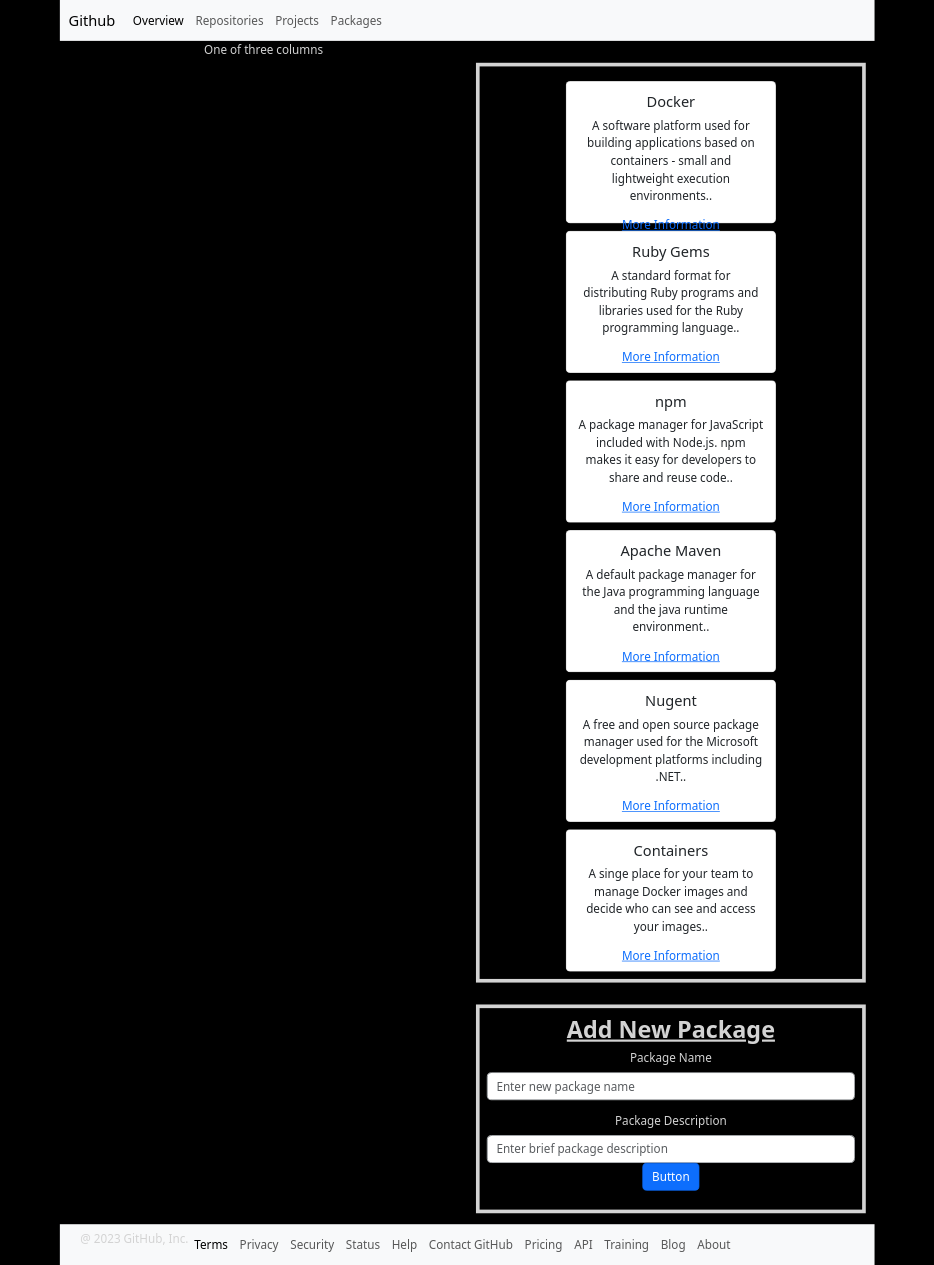
Repository: nss-evening-cohort-E23/gitsub-pull-request-posse
Page: packages.html
The author's editor kept a copy of each file at every save. The page is drawn from the files as they stood at one save, then again after a run of saves.
The browser window is 1280 px wide. The pictures show the whole page, at 73% of full size.

Above is the page before, as saved 2023-05-09 18:23:58.

After the next 4 saves:
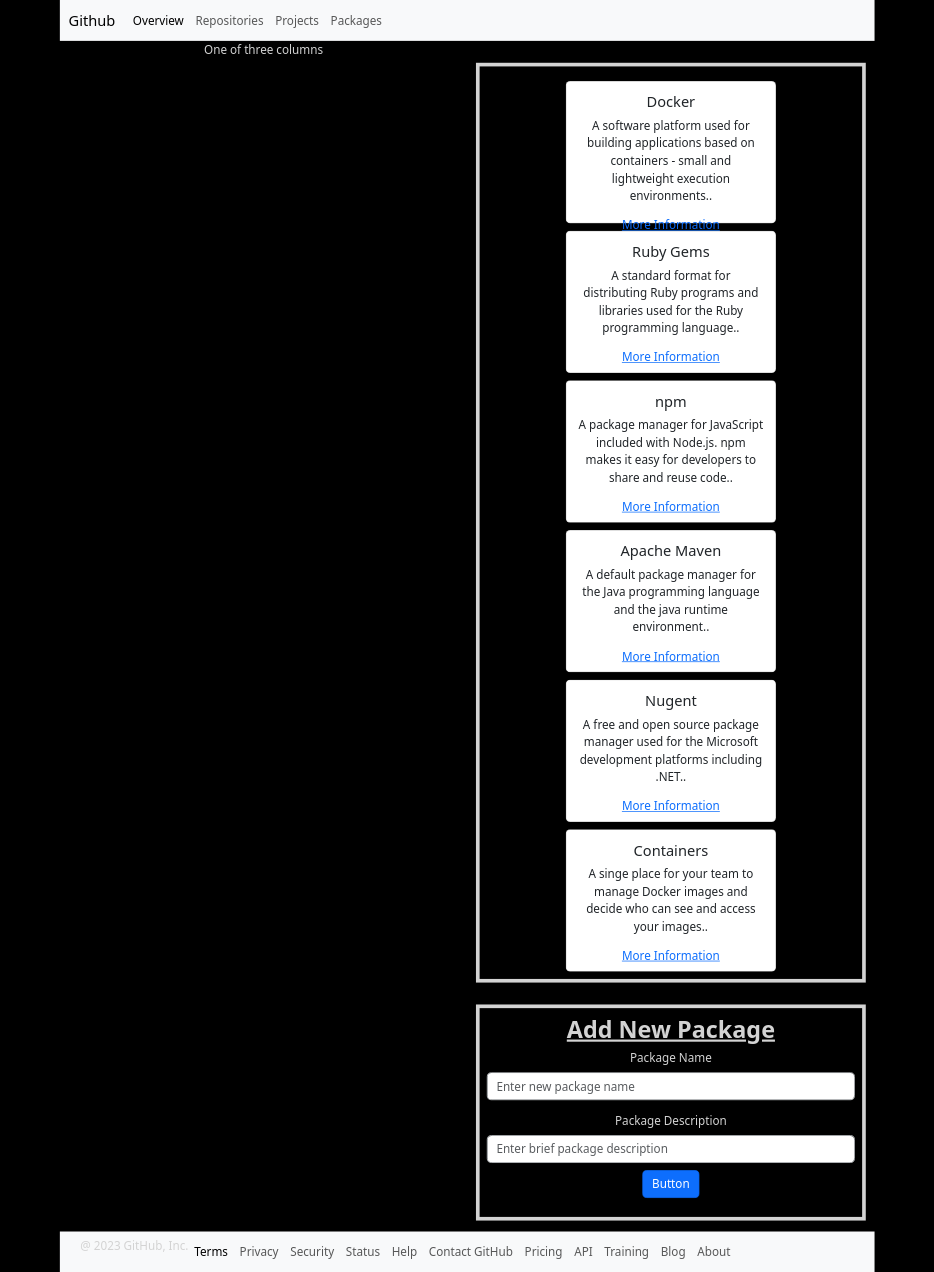
The 4 saves are shown as one change because they came seconds apart.
The last was saved 21 s later.
--- a/packages.css
+++ b/packages.css
@@ -54,3 +54,7 @@
   margin-bottom: 15px;
   padding: 10px;
 }
+
+#newSubmit {
+  margin-top: 10px;
+}
